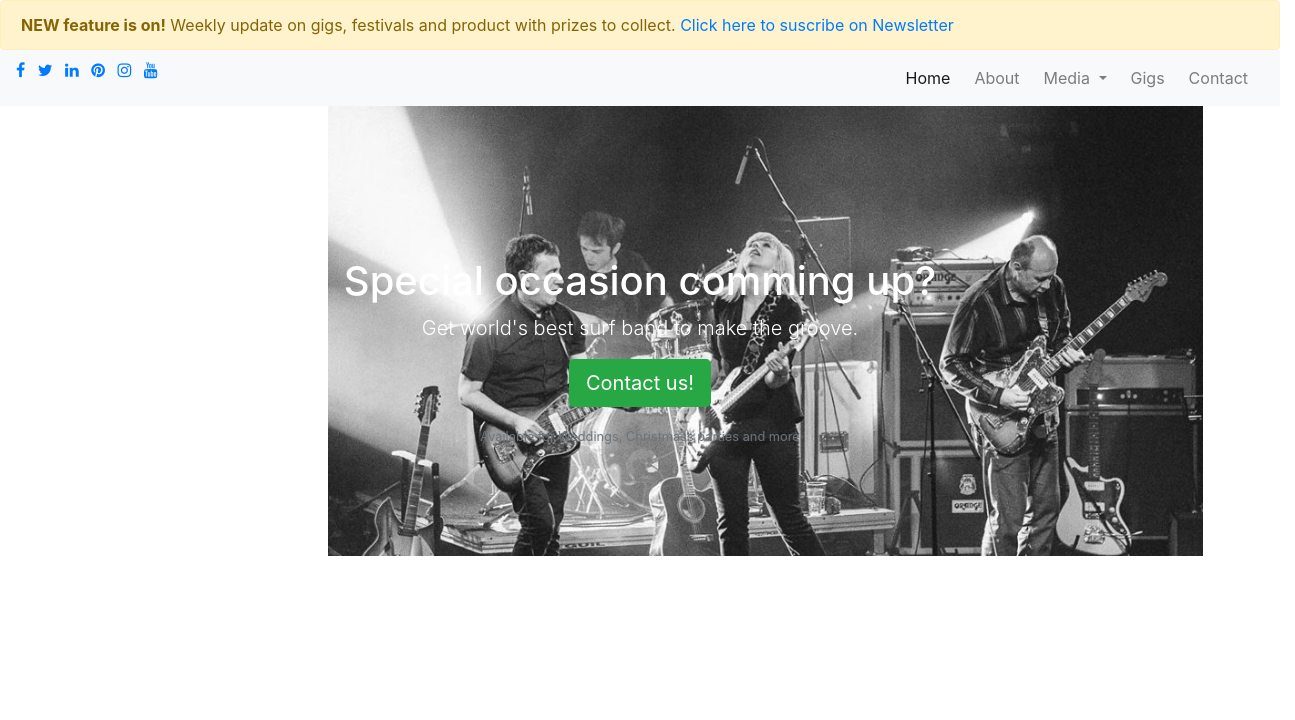
Repository: NamcorStudent/Stream_1_Project_HTML5-CSS3
Page: index.html
The author's editor kept a record of every edit. The page is drawn from the files as they stood at one moment, then again after the next edit.
The browser window is 1280 px wide. The page is 1295 px wide, so the pictures cover 1295 px, including what lies to the right of the window. The pictures show the whole page.
Some web libraries are served in a nearby version.

Above is the page before.

### index.html
<!DOCTYPE html>
<html lang="en">

<head>
    <meta charset="UTF-8">
    <meta name="viewport" content="width=device-width, initial-scale=1.0">
    <meta http-equiv="X-UA-Compatible" content="ie=edge">
    <link rel="stylesheet" href="https://maxcdn.bootstrapcdn.com/bootstrap/4.2.1/css/bootstrap.min.css" type="text/css" />
    <link rel="stylesheet" href="https://maxcdn.bootstrapcdn.com/font-awesome/4.7.0/css/font-awesome.min.css" type="text/css" />
    <link rel="stylesheet" href="assets/css/style.css" type="text/css" />
    <title>The Bambi Molesters | Official</title>
</head>

<body>
    <!--Alert for subscription-->
    <div class="container-fluid alert-container">
        <div class="row d-none d-sm-block">
            <div class="col-12">
                <div class="alert alert-warning">
                    <strong>NEW feature is on!</strong> Weekly update on gigs, festivals and product with prizes to collect. <a href="#" data-toggle="modal" data-target="#signUpModal">Click here to suscribe on Newsletter</a>
                </div>
            </div>
        </div>
    </div>
    <!--Nav-->
    <nav class="navbar navbar-light navbar-expand-sm bg-light">
        <div class="social-links mr-auto">
            <ul class="list-inline social-links">
                <li class="list-inline-item">
                    <a target="_blank" href="#">
                            <i class="fa fa-facebook" aria-hidden="true"></i>
                            <span class="sr-only">Facebook</span>
                        </a>
                </li>
                <li class="list-inline-item">
                    <a target="_blank" href="#">
                            <i class="fa fa-twitter" aria-hidden="true"></i>
                            <span class="sr-only">Twitter</span>
                        </a>
                </li>
                <li class="list-inline-item">
                    <a target="_blank" href="#">
                            <i class="fa fa-linkedin" aria-hidden="true"></i>
                            <span class="sr-only">LinkedIn</span>
                        </a>
                </li>
                <li class="list-inline-item">
                    <a target="_blank" href="#">
                            <i class="fa fa-pinterest" aria-hidden="true"></i>
                            <span class="sr-only">Pinterest</span>
                        </a>
                </li>
                <li class="list-inline-item">
                    <a target="_blank" href="#">
                            <i class="fa fa-instagram" aria-hidden="true"></i>
                            <span class="sr-only">Instagram</span>
                        </a>
                </li>
                <li class="list-inline-item">
                    <a target="_blank" href="#">
                            <i class="fa fa-youtube" aria-hidden="true"></i>
                            <span class="sr-only">YouTube</span>
                        </a>
                </li>
            </ul>
        </div>
        <button class="navbar-toggler" type="button" data-toggle="collapse" data-target="#navbarTogglerDropdown" aria-controls="navbarTogglerDemo02" aria-expanded="false" aria-label="Toggle navigation">
            <span class="navbar-toggler-icon"></span>
            </button>

        <div class="collapse navbar-collapse" id="navbarTogglerDropdown">
            <ul class="navbar-nav ml-auto">
                <li class="active nav-item mr-2"><a class="nav-link" href="/">Home</a></li>
                <li class="nav-item mr-2"><a class="nav-link" href="">About</a></li>
                <li class="nav-item dropdown mr-2">
                    <a class="nav-link dropdown-toggle" href="#" id="navbarDropdownMenuLink" role="button" data-toggle="dropdown" aria-haspopup="true" aria-expanded="false">
          Media
        </a>
                    <div class="dropdown-menu" aria-labelledby="navbarDropdownMenuLink">
                        <a class="dropdown-item" href="#">Video</a>
                        <a class="dropdown-item" href="#">Music</a>
                        <a class="dropdown-item" href="#">Gallery</a>
                    </div>
                </li>
                <li class="nav-item mr-2"><a class="nav-link" href="">Gigs</a></li>
                <li class="nav-item mr-2"><a class="nav-link" href="">Contact</a></li>
                <li class="nav-item mr-2 d-block d-sm-none"><a class="nav-link" href="#" data-toggle="modal" data-target="#signUpModal">Suscribe!!!</a></li>
            </ul>
        </div>
    </nav>


    <!-- Callout -->
    <div class="container-fluid callout-container">

        <div class="row">
            <div class="col-12 hero-image">
                <img src="assets/images/index960x640.jpg"></img>
            </div>
            <div class=" col-12 callout jumbotron text-center">
                <h1>Special occasion comming up?</h1>
                <p class="lead">Get world's best surf band to make the groove.</p>
                <p><button class="btn btn-lg btn-success" data-toggle="modal" data-target="#signUpModal">Contact us!</button></p>
                <p class="text-muted"><small>Available for Weddings, Christmass parties and more</small></p>
            </div>
        </div>
    </div>
    <!-- /.callout -->

    <!---Modal for subscription-->
    <div class="modal" tabindex="-1" role="dialog" id="signUpModal">
        <div class="modal-dialog" role="document">
            <div class="modal-content">
                <div class="modal-header">
                    <h5 class="modal-title">Sign Up To Whiskey Drop!</h5>
                    <button type="button" class="close" data-dismiss="modal" aria-label="Close">
          <span aria-hidden="true">&times;</span>
        </button>
                </div>
                <div class="modal-body">
                    <form>
                        <div class="form-group">
                            <label for="exampleInputEmail1">Email address</label>
                            <input type="email" class="form-control" id="exampleInputEmail1" aria-describedby="emailHelp" placeholder="Enter email">
                            <small id="emailHelp" class="form-text text-muted">We'll never share your email with anyone else.</small>
                        </div>
                        <div class="form-group">
                            <label for="password">Password</label>
                            <input type="password" class="form-control" id="password" placeholder="Password">
                        </div>
                        <div class="form-group">
                            <label for="repeatPassword">Repeat Password</label>
                            <input type="password" class="form-control" id="repeatPassword" placeholder="Repeat Password">
                        </div>
                        <button type="submit" class="btn btn-success">Submit</button>
                    </form>
                </div>
            </div>
        </div>
    </div>

    <script src="https://code.jquery.com/jquery-3.3.1.slim.min.js" integrity="sha384-q8i/X+965DzO0rT7abK41JStQIAqVgRVzpbzo5smXKp4YfRvH+8abtTE1Pi6jizo" crossorigin="anonymous"></script>
    <script src="https://cdnjs.cloudflare.com/ajax/libs/popper.js/1.14.7/umd/popper.min.js" integrity="sha384-UO2eT0CpHqdSJQ6hJty5KVphtPhzWj9WO1clHTMGa3JDZwrnQq4sF86dIHNDz0W1" crossorigin="anonymous"></script>
    <script src="https://stackpath.bootstrapcdn.com/bootstrap/4.3.1/js/bootstrap.min.js" integrity="sha384-JjSmVgyd0p3pXB1rRibZUAYoIIy6OrQ6VrjIEaFf/nJGzIxFDsf4x0xIM+B07jRM" crossorigin="anonymous"></script>
</body>

</html>

### assets/css/style.css
@import url('https://fonts.googleapis.com/css?family=Oswald:100,200,300,400,500,600,700,800,900 | Ubuntu: 100,200,300,400,500,600,700,800,900');

.alert-container {
    padding: 0;
    margin: 0;
    border: 0;
}

.alert-warning {
    margin: 0;
}

.nav {
    background-color: #fff;
}

.callout-container {
    /*height: 80vh;*/
    max-height: 450px;
    overflow: hidden;
}

.callout-container img {
    width: 70%;
    margin-left: 25%;
}

.hero-image {
    position: relative;
    left: 0;

}

.jumbotron {
    position: absolute;
    background-color: transparent;
    color: white;
    margin: 0;
    top: 50%;
    -moz-transform: translateY(-50%);
    -webkit-transform: translateY(-50%);
    -o-transform: translateY(-50%);
    transform: translateY(-50%);
}

After the next edit:
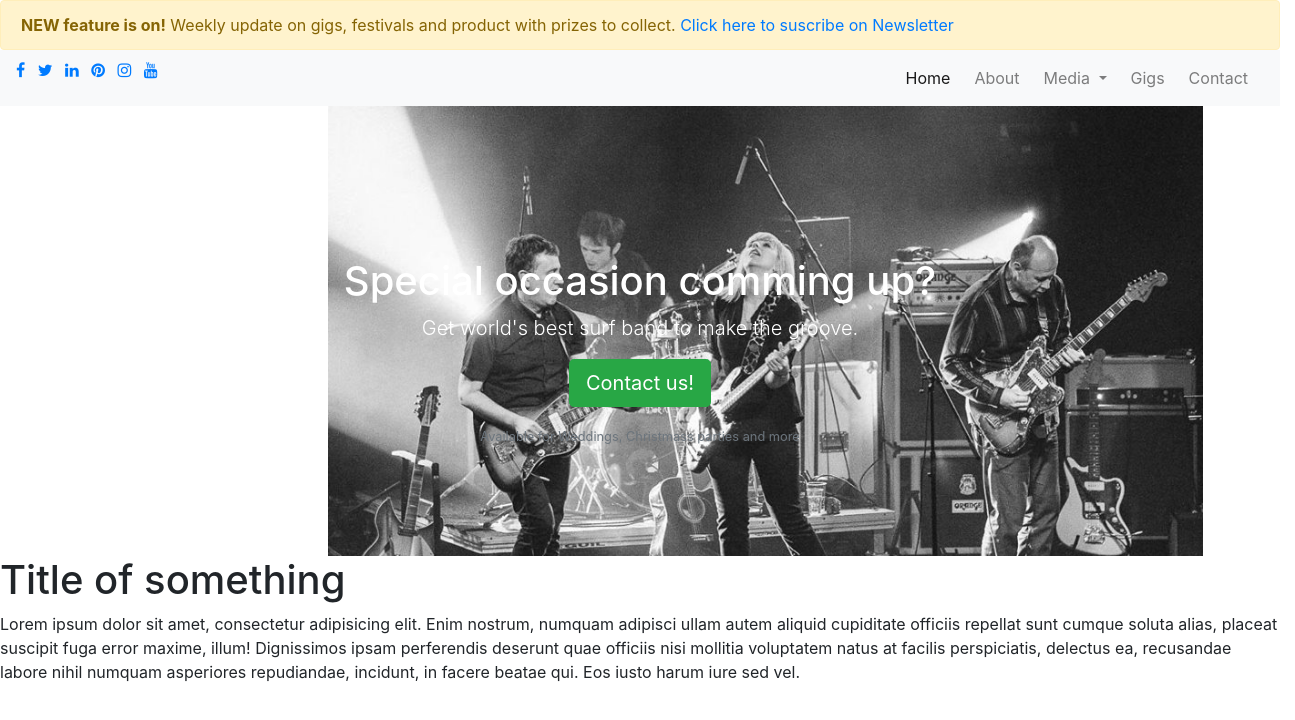
The edit:
--- a/index.html
+++ b/index.html
@@ -107,6 +107,12 @@
     </div>
     <!-- /.callout -->
 
+    <!-- Provisional Content-->
+    <div class="conteiner content">
+        <h1>Title of something</h1>
+        <p>Lorem ipsum dolor sit amet, consectetur adipisicing elit. Enim nostrum, numquam adipisci ullam autem aliquid cupiditate officiis repellat sunt cumque soluta alias, placeat suscipit fuga error maxime, illum! Dignissimos ipsam perferendis deserunt quae officiis nisi mollitia voluptatem natus at facilis perspiciatis, delectus ea, recusandae labore nihil numquam asperiores repudiandae, incidunt, in facere beatae qui. Eos iusto harum iure sed vel.</p>
+    </div>
+
     <!---Modal for subscription-->
     <div class="modal" tabindex="-1" role="dialog" id="signUpModal">
         <div class="modal-dialog" role="document">
